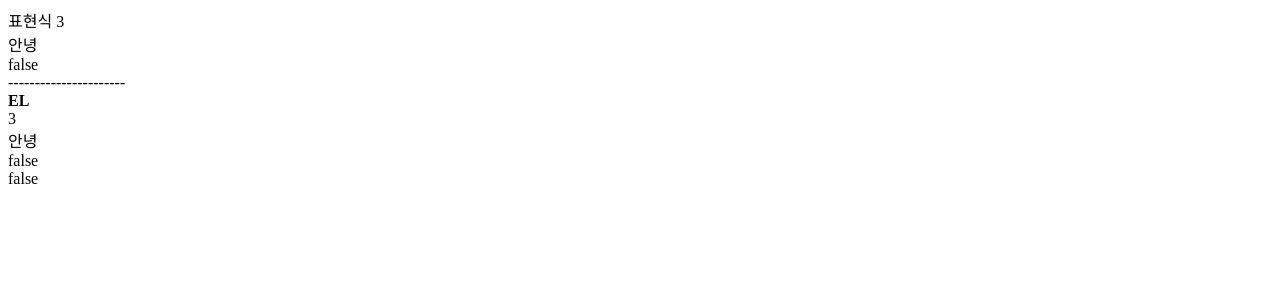
Repository: huntingforheat/JavaProject
Page: http://localhost/myweb/EL/el_basic.jsp
The author's editor kept a copy of each file at every save. The page is drawn from the files as they stood at one save, then again after the next save.
The browser window is 1280 px wide. The pictures show the whole page.
The page is served by Tomcat 9. Other server files are loaded and not shown.

Above is the page before, as saved 2024-04-17 00:46:07.

### myweb/src/main/webapp/EL/el_basic.jsp
<%@ page language="java" contentType="text/html; charset=UTF-8"
    pageEncoding="UTF-8"%>
<!DOCTYPE html>
<html>
	<head>
		<meta charset="UTF-8">
		<title>el_basic.jsp</title>
	</head>
	<body>
		<%--
			EL(Expression Language)
			- EL이란 JSP에서 저장객체를 출력할 때 스크립팅을 전혀 쓰지 않을 수 있는 기술
			- 표현식을 대체할 수 있음.
				ex) 표현식 <%=value %> -> ${value}
			- EL 내부의 연산자
				> 산술 : +,-,*,/,%
				> 관계 : ==, !=, <, <=, >, >=
				> 조건 : a ? b : c (a가 참이면 b, 거짓이면 c)
				> 논리 : &&, ||
		 --%>

		 표현식
		 <%=1+2 %><br>
		 <%="안녕" %><br>
		 <%= 1 > 2 || 1 == 2 %><br>
		 ----------------------<br>

		 <b>EL</b><br>
		 ${1+2}<br>
		 ${'안녕' }<br>
		 ${1 > 2 || 1 == 2 }<br>
		 ${1 > 2 or 1 == 2 }<br>

	</body>
</html>

After the next save:
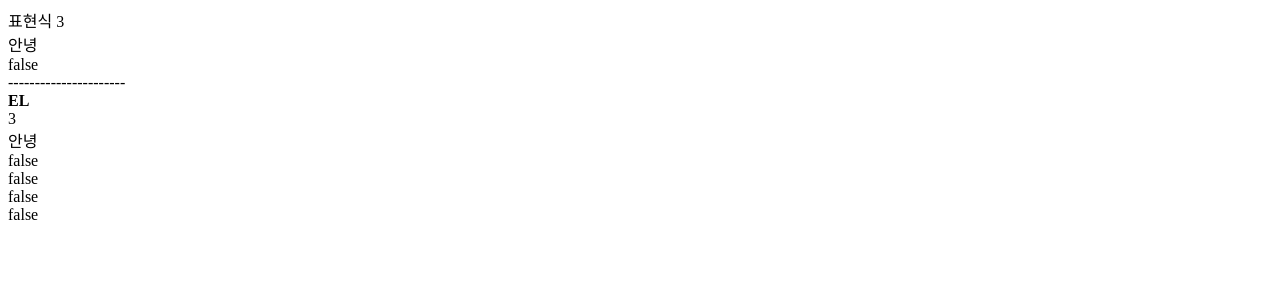
Saved 53 s later.
--- a/myweb/src/main/webapp/EL/el_basic.jsp
+++ b/myweb/src/main/webapp/EL/el_basic.jsp
@@ -31,5 +31,8 @@
 		 ${1 > 2 || 1 == 2 }<br>
 		 ${1 > 2 or 1 == 2 }<br>
 
+		 ${1 < 2 && 1 > 2 }<br>
+		 ${1 < 2 and 1 > 2 }<br>
+
 	</body>
 </html>
